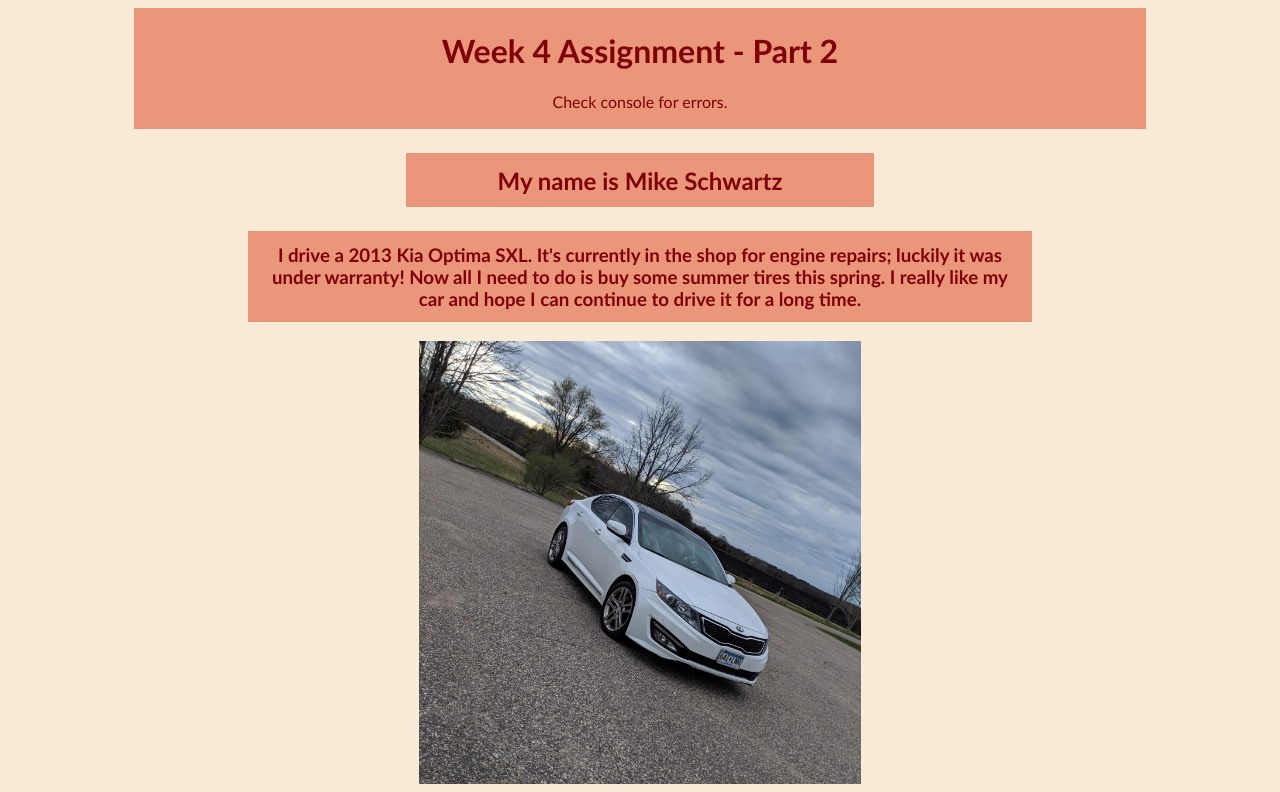
Repository: Ellusionism/prime-pw-week-4-assignment-part-2
Page: assignment/index.html
The author's editor kept a copy of each file at every save. The page is drawn from the files as they stood at one save, then again after the next save.
The browser window is 1280 px wide. The pictures show the whole page.

Above is the page before, as saved 2022-11-16 18:25:05.

After the next save:
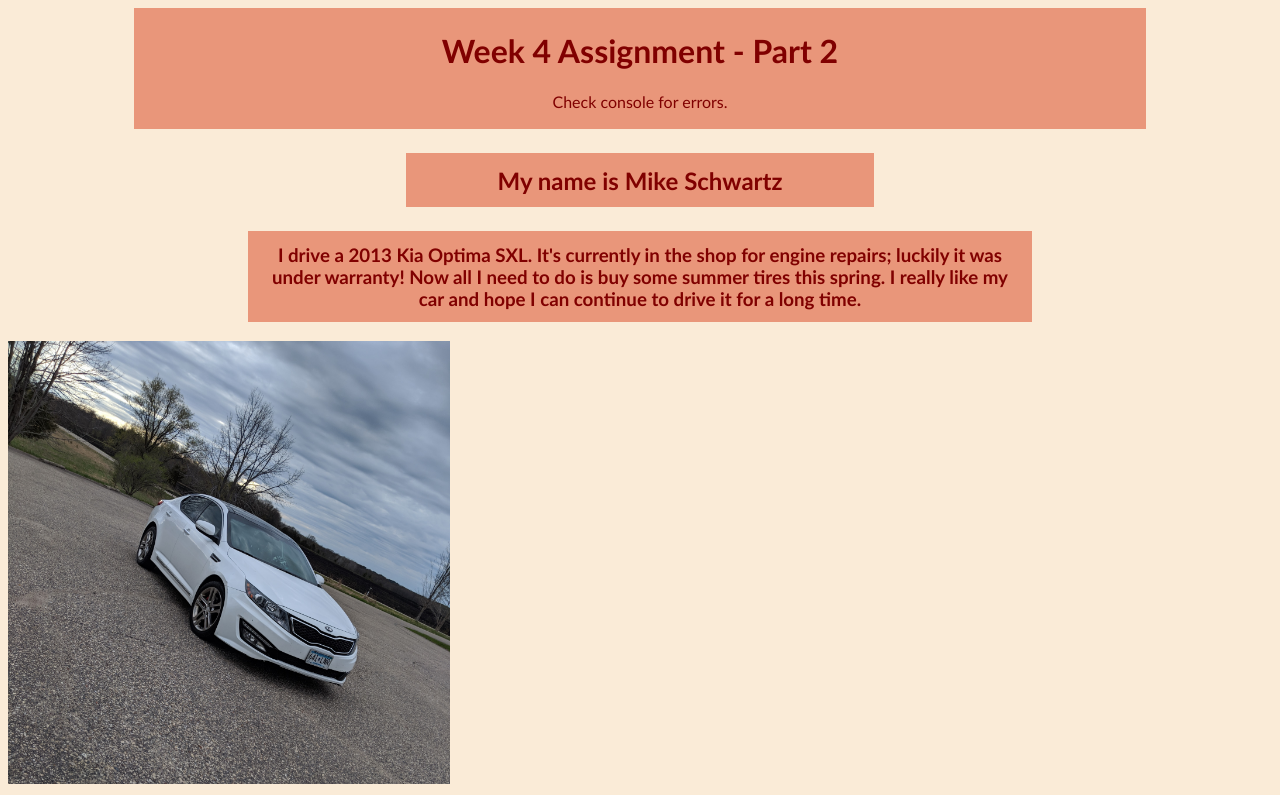
Saved 16 s later.
--- a/assignment/stylesheet.css
+++ b/assignment/stylesheet.css
@@ -5,7 +5,7 @@
 
 .carpic {
  width: 35%;
- display: block;
+ display: inline-flex;
  margin: auto;
 }
 

After the 2 saves that followed:
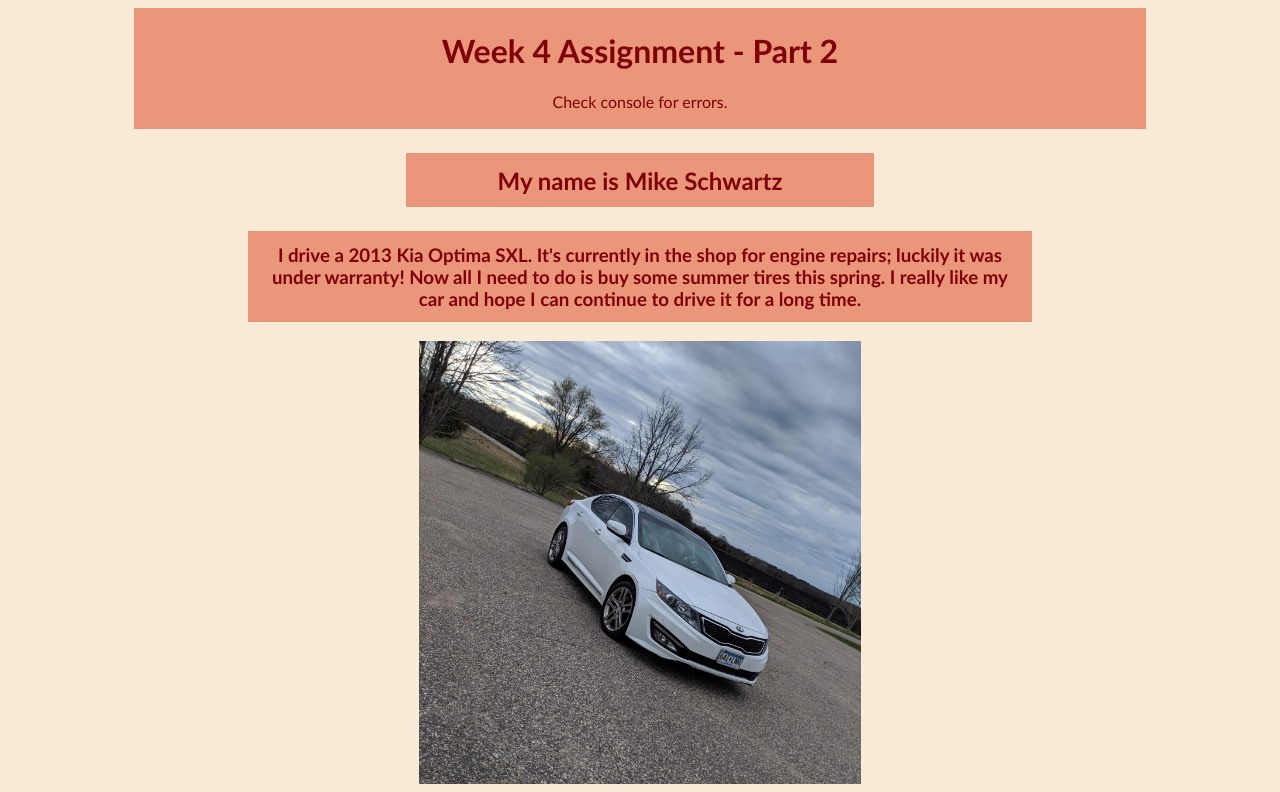
The 2 saves are shown as one change because 1 left the picture as it was.
The last was saved 9 s later.
--- a/assignment/stylesheet.css
+++ b/assignment/stylesheet.css
@@ -5,7 +5,7 @@
 
 .carpic {
  width: 35%;
- display: inline-flex;
+ display: block;
  margin: auto;
 }
 
